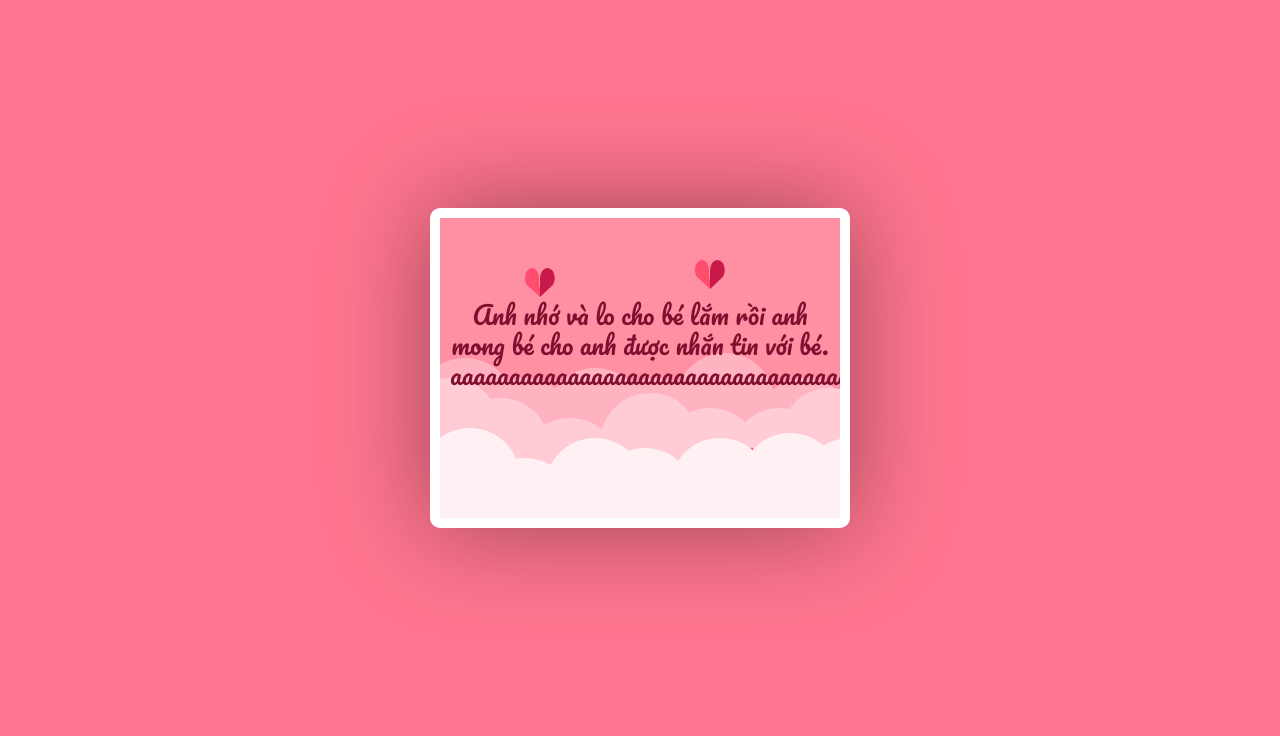
Repository: namtrung123456789/trannamtrung
Page: style.html
The author's editor kept a copy of each file at every save. The page is drawn from the files as they stood at one save, then again after the next save.
The browser window is 1280 px wide. The pictures show the whole page.
The pointer rests on the first visible `.text`.

Above is the page before, as saved 2024-07-28 20:20:28.

After the next save:
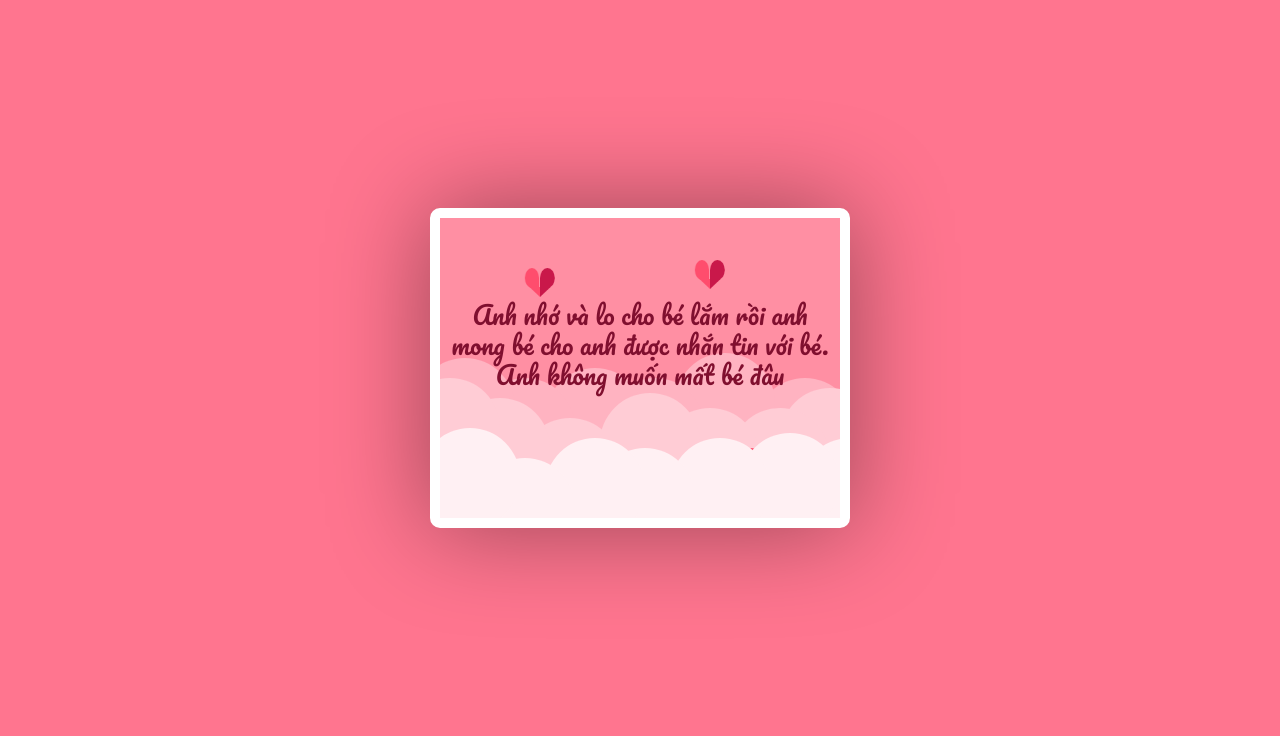
Saved 104 s later.
--- a/main.css
+++ b/main.css
@@ -184,7 +184,7 @@ body {
 }
 
 .text:hover:before {
-  content:"Anh nhớ và lo cho bé lắm rồi anh mong bé cho anh được nhắn tin với bé. aaaaaaaaaaaaaaaaaaaaaaaaaaaaaaaaaaaa";
+  content:"Anh nhớ và lo cho bé lắm rồi anh mong bé cho anh được nhắn tin với bé. Anh không muốn mất bé đâu";
   font-size:25px;
 
 }
